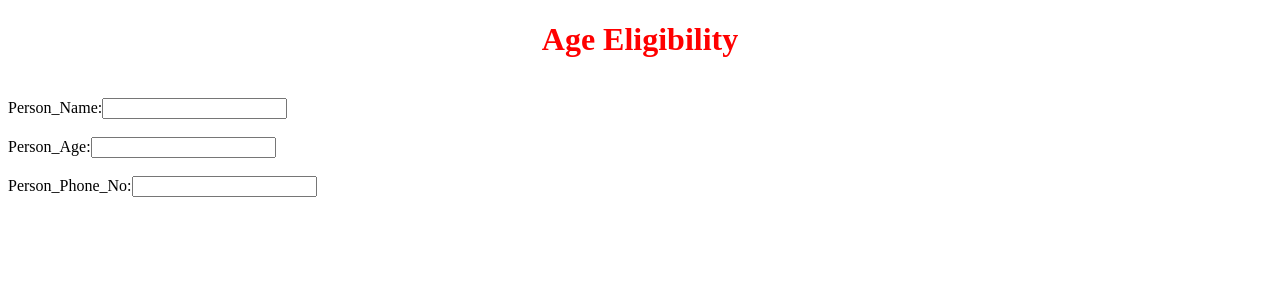
Repository: karan-mohite/WebApp
Page: WebApp Servelet/AgeApp/src/main/webapp/index.html
These files come from the project's save history. The page is drawn as it stood at one moment and after the next save; the edit follows.
The browser window is 1280 px wide. The pictures show the whole page.

Above is the page before, as saved 2025-01-24 16:23:22.

After the next save:
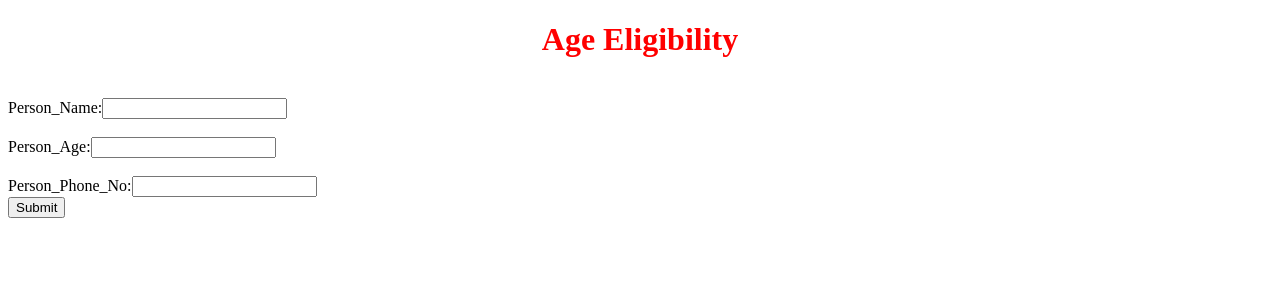
Saved 9 min 47 s later.
--- a/WebApp Servelet/AgeApp/src/main/webapp/index.html
+++ b/WebApp Servelet/AgeApp/src/main/webapp/index.html
@@ -16,6 +16,7 @@ Person_Age:<input type="text" name="page">
 <br>
 Person_Phone_No:<input type="text" name="pnum">
 </br>
+<input type="submit" values="Submit">
 </form>
 </body>
 </html>
